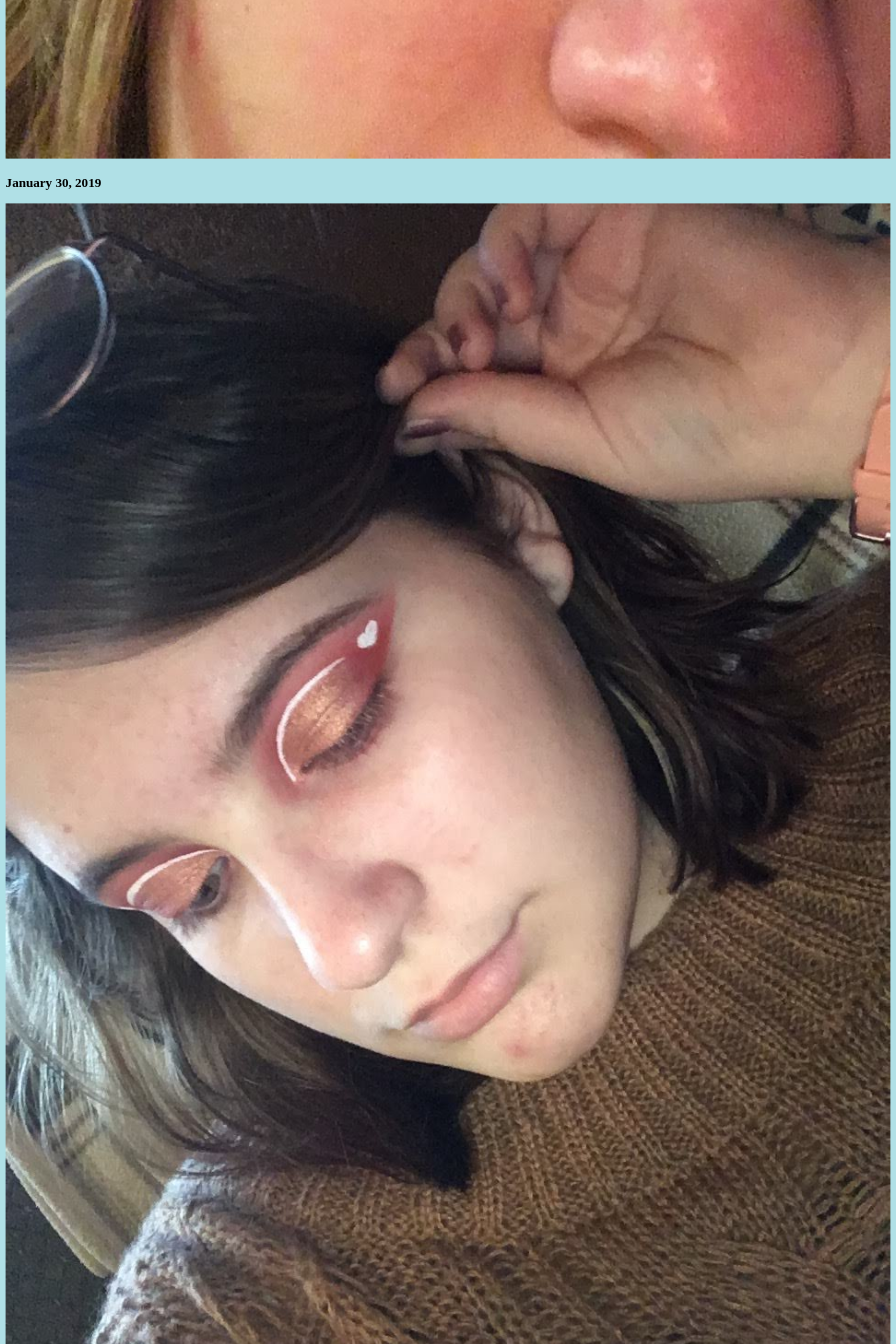
Repository: EMcmurray1862/emcmurray1862.github.io
Page: my_website/portfolio.html
The author's editor kept a record of every edit. The page is drawn from the files as they stood at one moment, then again after the next edit.
The browser window is 1280 px wide. The pictures show the part of the page from y = 2631 to 4551 px (the page is 6977 px tall before and 6968 px after), at 70% of full size.

Above is the page before.

### my_website/portfolio.html
<!doctype html>
	<html lang="en">
	  <head>
	    <meta charset="utf-8">
	    <title>Portfolio</title>
	  </head>
	  <body>
    <a href="index.html">Home</a>
    <a href="portfolio.html">Portfolio</a>
    <a href="about.html">About</a>
    <a href="makeup.html">MakeUp</a>

    <body style="background-color:powderblue;">
  <h1>Portfolio Page</h1>
  <p>This is a list of some of the creations I've created in my CSP 2019-2020 class.</p>

<!-- Portfolio Gallery Grid -->
c
<div class="row">
  <div class="column">
    <div class="content">
    <img src="images/scratch.PNG" style="width:100%" "length:200%">
      <a href="https://scratch.mit.edu/projects/326744008/">Save Marine Life</a>
      <h3>First scratch project made from scratch </h3>
    </div>
  </div>
  <div class="column">
    <div class="content">
    <img src="images/rainbow_cutcrease.jpg" style="width:100%" "length:200%">
      <h3>January 30, 2019 </h3>
    </div>
  </div>
  <div class="column">
    <div class="content">
    <img src="images/valentines_look.jpg" style="width:100%" "length:100%">
       <h3>February 14, 2019 </h3>
    </div>
  </div>
  <div class="column">
    <div class="content">
    <img src="images/yellow_cutcrease.jpg" style="width:100%" "length:100%">
      <h3>August 2, 2019 </h3>
     </div>
  </div>
	  </body>
	</html>

After the next edit:
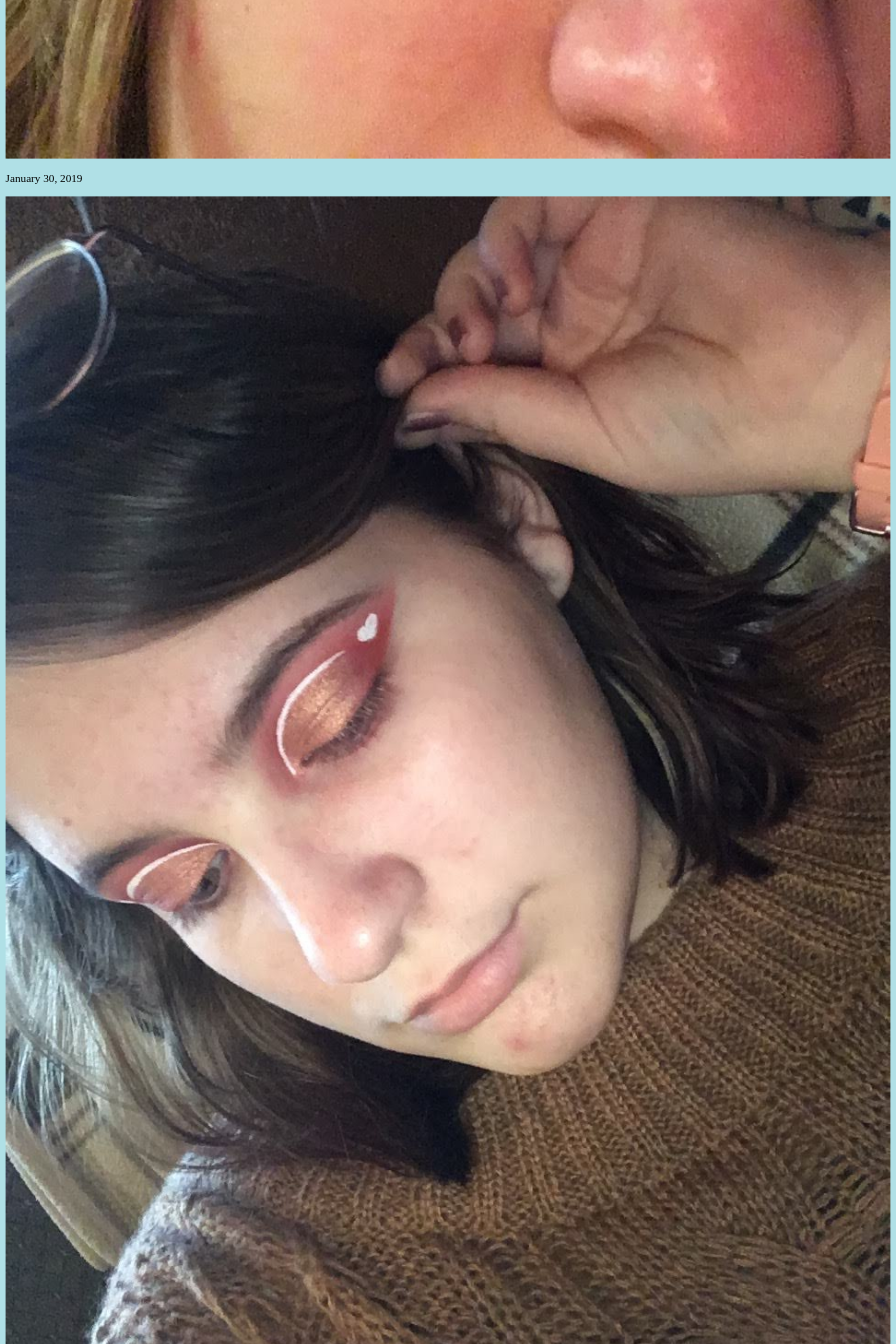
The edit:
--- a/my_website/portfolio.html
+++ b/my_website/portfolio.html
@@ -27,7 +27,7 @@
   <div class="column">
     <div class="content">
     <img src="images/rainbow_cutcrease.jpg" style="width:100%" "length:200%">
-      <h3>January 30, 2019 </h3>
+      <p>January 30, 2019 </p>
     </div>
   </div>
   <div class="column">
